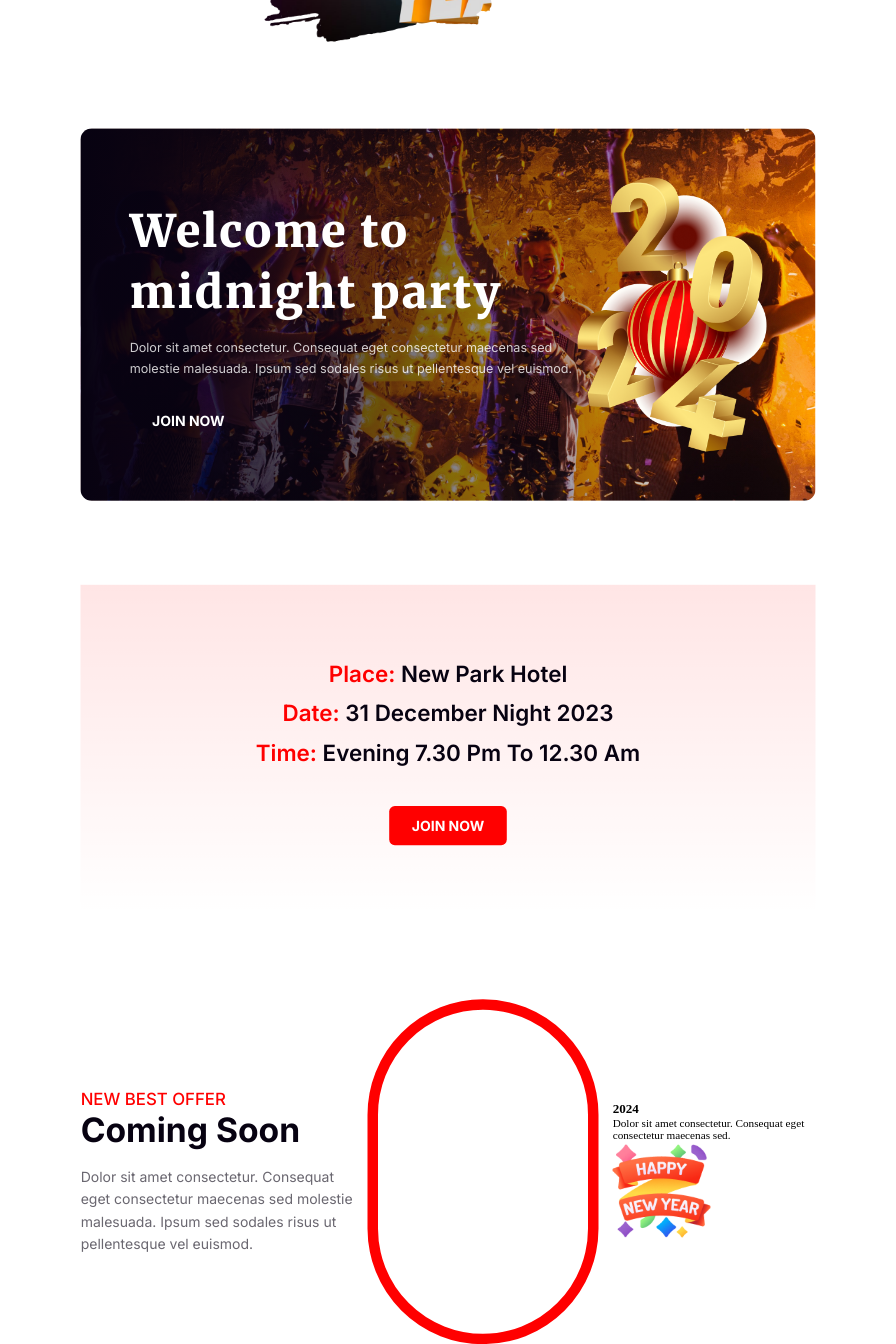
Repository: rahmatahmedrifat/First-Assignment
Page: index.html
An editor plug-in stored every save of this project. The page is shown before and after the next save, followed by the edit.
The browser window is 1280 px wide. The pictures show the part of the page from y = 1479 to 3399 px (the page is 3399 px tall before and 3369 px after), at 70% of full size.

Above is the page before, as saved 2024-01-08 15:15:42.

After the next save:
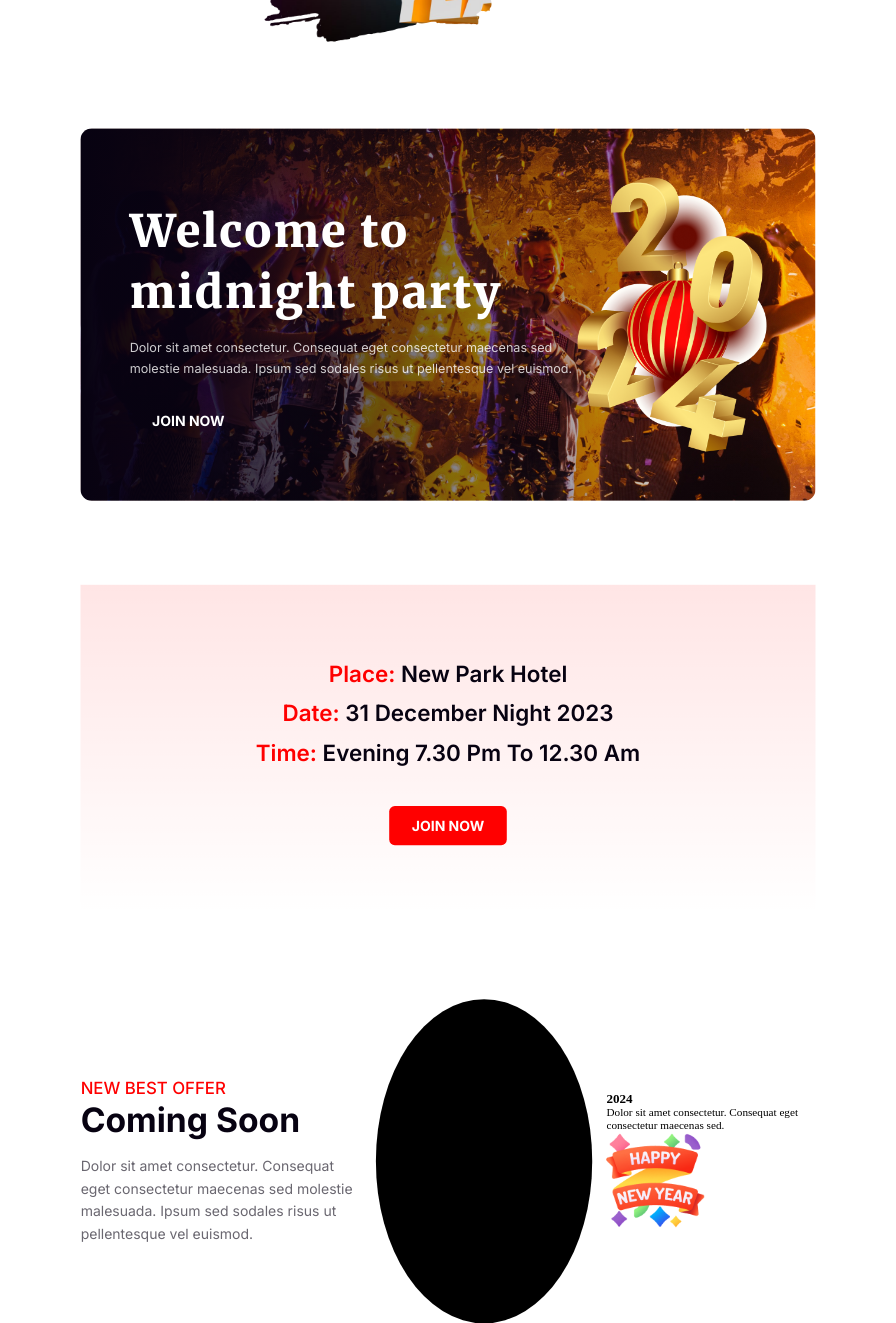
Saved 2 min 19 s later.
--- a/Style/style.css
+++ b/Style/style.css
@@ -220,8 +220,8 @@
 .best-offer-img-content{
     height: 463px;
     width: 463px;
-    border-radius: 463px;
-    border: 15px solid #F00;
+    border-radius: 50%;
+    background-color: #000;
 
 }
 /* .best-offer-img-content .best-offer-img{
